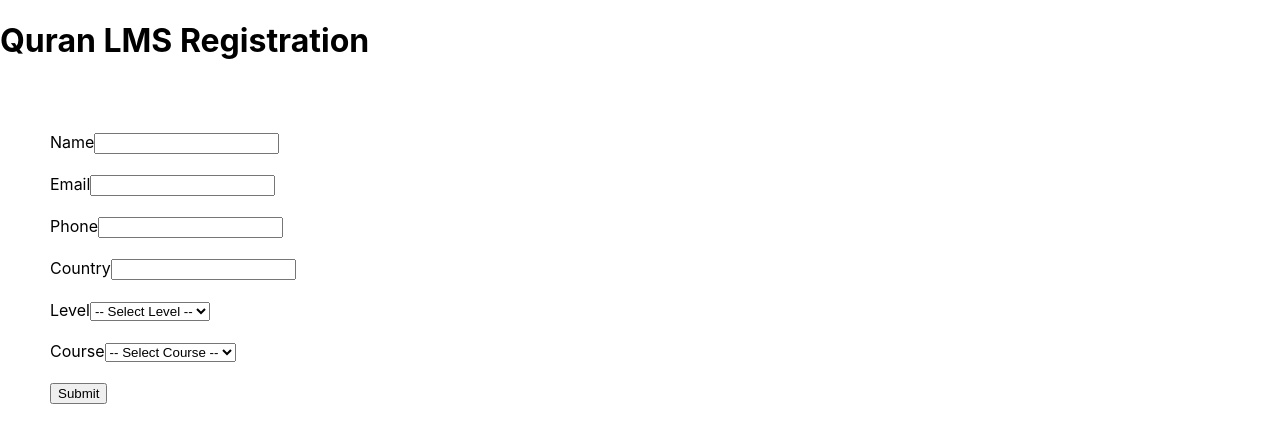
Repository: talha-mahmood/form_react
Page: /
These files come from the project's save history. The page is drawn as it stood at one moment and after a run of saves; the edit follows.
The browser window is 1280 px wide. The pictures show the whole page.
The project was rebuilt for these pictures with package versions that can differ from the ones it lists, and the page was loaded fresh each time.

Above is the page before, as saved 2023-03-13 16:06:09.

### public/index.html
<!DOCTYPE html>
<html lang="en">
  <head>
    <meta charset="utf-8" />
    <link rel="icon" href="%PUBLIC_URL%/favicon.ico" />
    <meta name="viewport" content="width=device-width, initial-scale=1" />
    <meta name="theme-color" content="#000000" />
    <meta
      name="description"
      content="Web site created using create-react-app"
    />

    <link rel="apple-touch-icon" href="%PUBLIC_URL%/logo192.png" />
    <!--
      manifest.json provides metadata used when your web app is installed on a
      user's mobile device or desktop. See https://developers.google.com/web/fundamentals/web-app-manifest/
    -->
    <link rel="manifest" href="%PUBLIC_URL%/manifest.json" />
    <!--
      Notice the use of %PUBLIC_URL% in the tags above.
      It will be replaced with the URL of the `public` folder during the build.
      Only files inside the `public` folder can be referenced from the HTML.

      Unlike "/favicon.ico" or "favicon.ico", "%PUBLIC_URL%/favicon.ico" will
      work correctly both with client-side routing and a non-root public URL.
      Learn how to configure a non-root public URL by running `npm run build`.
    -->
    <title>React App</title>
  </head>
  <body>
    <noscript>You need to enable JavaScript to run this app.</noscript>
    <div id="root"></div>

    <!--
      This HTML file is a template.
      If you open it directly in the browser, you will see an empty page.

      You can add webfonts, meta tags, or analytics to this file.
      The build step will place the bundled scripts into the <body> tag.

      To begin the development, run `npm start` or `yarn start`.
      To create a production bundle, use `npm run build` or `yarn build`.
    -->
  </body>
</html>

### src/App.js
import './App.css';
import React, { useState } from 'react';

const App=()=>{
  const [name, setName] = useState('');
  const [email, setEmail] = useState('');
  const [phone, setPhone] = useState('');
  const [country, setCountry] = useState('');
  const [level, setLevel] = useState('');
  const [course, setCourse] = useState('');

  const handleSubmit = (event) => {
    event.preventDefault();
    // TODO: handle form submission
  }

  return (
    <div>
      <h1>Quran LMS Registration</h1>
    <form onSubmit={handleSubmit}>
      <div>
        <label htmlFor="name">Name</label>
        <input
          type="text"
          id="name"
          value={name}
          onChange={(event) => setName(event.target.value)}
          required
        />
      </div>
      <br/>
      <div>
        <label htmlFor="email">Email</label>
        <input
          type="email"
          id="email"
          value={email}
          onChange={(event) => setEmail(event.target.value)}
          required
        />
      </div>
      <br/>
      <div>
        <label htmlFor="phone">Phone</label>
        <input
          type="tel"
          id="phone"
          value={phone}
          onChange={(event) => setPhone(event.target.value)}
          required
        />
      </div>
      <br/>
      <div>
        <label htmlFor="country">Country</label>
        <input
          type="text"
          id="country"
          value={country}
          onChange={(event) => setCountry(event.target.value)}
          required
        />
      </div>
      <br/>
      <div>
        <label htmlFor="level">Level</label>
        <select id="level" value={level} onChange={(event) => setLevel(event.target.value)} required>
          <option value="">-- Select Level --</option>
          <option value="Beginner">Beginner</option>
          <option value="Intermediate">Intermediate</option>
          <option value="Advanced">Advanced</option>
        </select>
      </div>
      <br/>
      <div>
        <label htmlFor="course">Course</label>
        <select id="course" value={course} onChange={(event) => setCourse(event.target.value)} required>
          <option value="">-- Select Course --</option>
          <option value="Quranic Arabic">Quranic Arabic</option>
          <option value="Tafseer">Tafseer</option>
          <option value="Hifz">Hifz</option>
        </select>
      </div>
           <br/>
      <button type="submit">Submit</button>
    </form>
    </div>
  );
}

export default App;

### src/App.css
.App {
  text-align: center;
}

.App-logo {
  height: 40vmin;
  pointer-events: none;
}

@media (prefers-reduced-motion: no-preference) {
  .App-logo {
    animation: App-logo-spin infinite 20s linear;
  }
}

.App-header {
  background-color: #282c34;
  min-height: 100vh;
  display: flex;
  flex-direction: column;
  align-items: center;
  justify-content: center;
  font-size: calc(10px + 2vmin);
  color: white;
}

.App-link {
  color: #61dafb;
}

@keyframes App-logo-spin {
  from {
    transform: rotate(0deg);
  }
  to {
    transform: rotate(360deg);
  }
}

form{
  padding: 50px;
 float: left;
 margin left:
}

Loaded but not shown: src/index.js (common file); src/index.css (common file); src/reportWebVitals.js (common file)

After the next 5 saves:
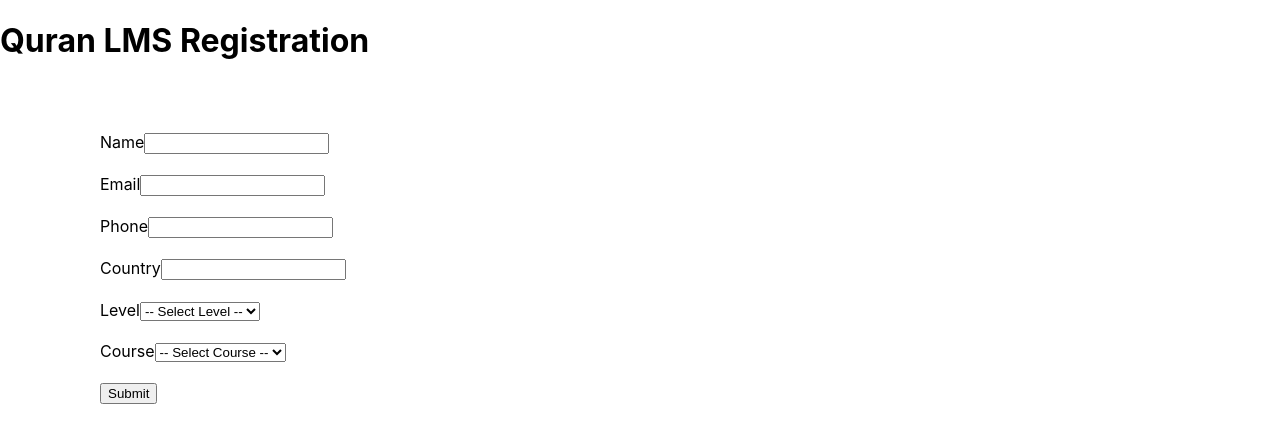
The 5 saves are shown as one change because they came seconds apart.
The last was saved 11 s later.
--- a/src/App.css
+++ b/src/App.css
@@ -40,5 +40,5 @@
 form{
   padding: 50px;
  float: left;
- margin left:
+ margin-left: 50px;
 }
